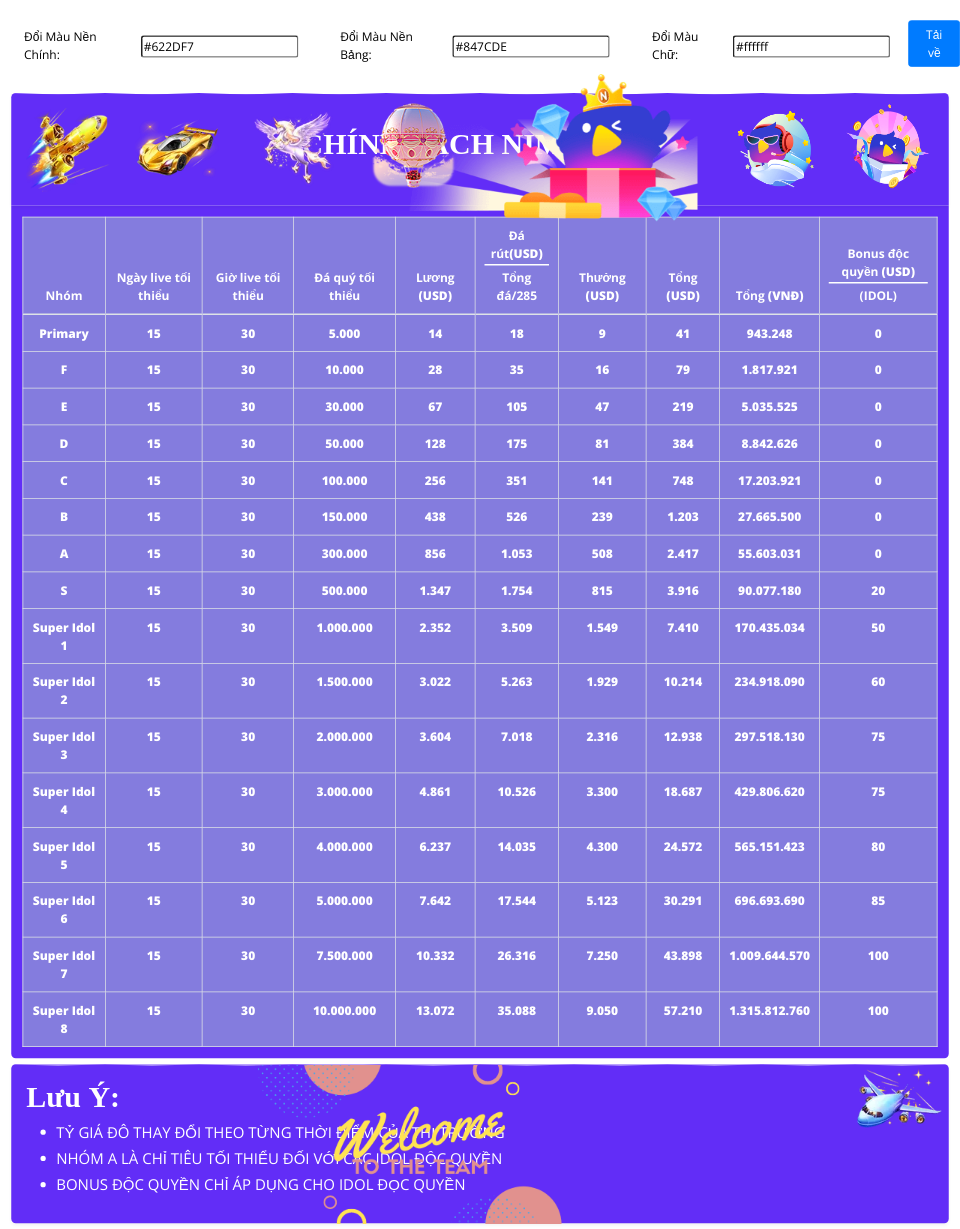
Repository: dav1601/nimo-work
Page: index.html
An editor plug-in stored every save of this project. The page is shown before and after the next save, followed by the edit.
The browser window is 1280 px wide. The pictures show the whole page, at 75% of full size.

Above is the page before, as saved 2022-04-15 14:56:22.

After the next save:
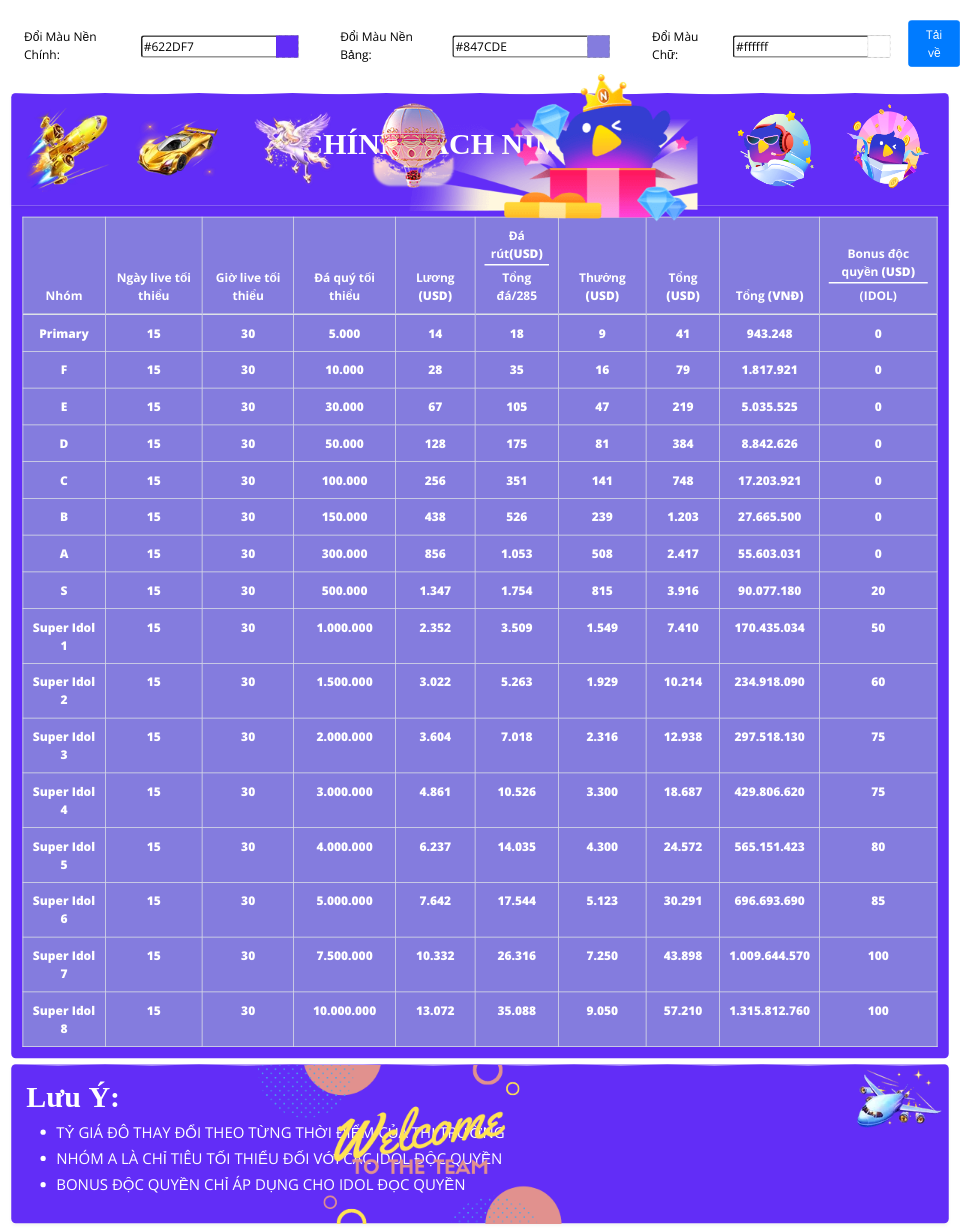
Saved 6 s later.
--- a/index.html
+++ b/index.html
@@ -39,7 +39,7 @@
             alert("ok");
         });
             Coloris({
-                el: '.color',
+                el: '.coloris',
                 format: 'hex',
                 theme: 'large',
                 themeMode: 'dark'
